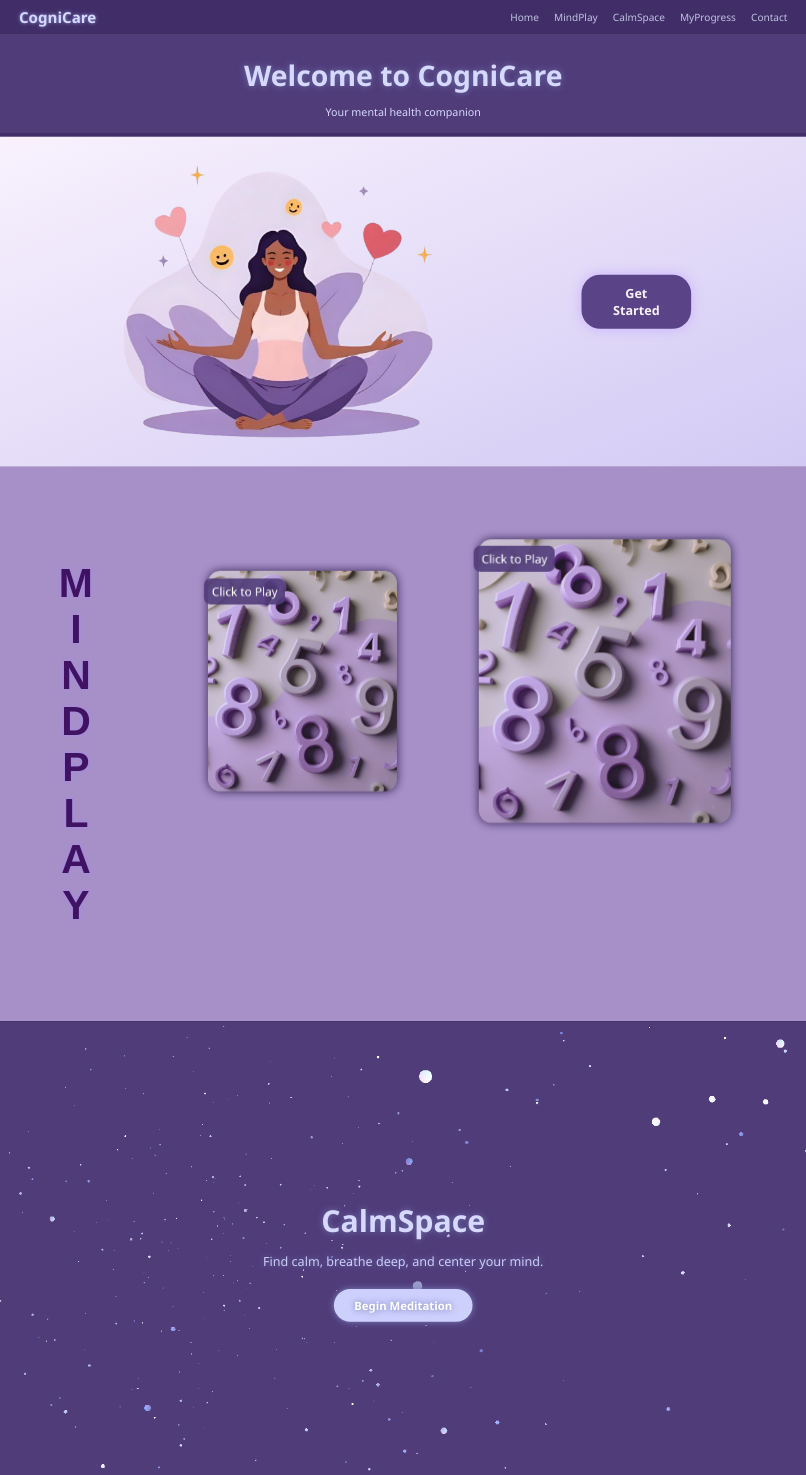
Repository: rujularaut/CogniCare
Page: /
The author's editor kept a copy of each file at every save. The page is drawn from the files as they stood at one save, then again after the next save.
The browser window is 1280 px wide. The pictures show the whole page, at 63% of full size.
The project was rebuilt for these pictures with package versions that can differ from the ones it lists, and the page was loaded fresh each time. Also part of the build but not shown: src/components/MeditationRoom.css, src/components/Signup.css, src/components/Signup.js, src/components/Login.css, src/components/Login.js, src/components/Stepper.css, src/components/Stepper.jsx, src/components/SignupStepper.css and 3 more.

Above is the page before, as saved 2025-06-25 14:15:06.

### public/index.html
<!DOCTYPE html>
<html lang="en">
  <head>
    <link href="https://fonts.googleapis.com/css2?family=Anton:wght@500&display=swap" rel="stylesheet">

    <meta charset="utf-8" />
    <link rel="icon" href="%PUBLIC_URL%/favicon.ico" />
    <meta name="viewport" content="width=device-width, initial-scale=1" />
    <meta name="theme-color" content="#000000" />
    <meta
      name="description"
      content="Web site created using create-react-app"
    />
    <link rel="apple-touch-icon" href="%PUBLIC_URL%/logo192.png" />
    <!--
      manifest.json provides metadata used when your web app is installed on a
      user's mobile device or desktop. See https://developers.google.com/web/fundamentals/web-app-manifest/
    -->
    <link rel="manifest" href="%PUBLIC_URL%/manifest.json" />
    <!--
      Notice the use of %PUBLIC_URL% in the tags above.
      It will be replaced with the URL of the `public` folder during the build.
      Only files inside the `public` folder can be referenced from the HTML.

      Unlike "/favicon.ico" or "favicon.ico", "%PUBLIC_URL%/favicon.ico" will
      work correctly both with client-side routing and a non-root public URL.
      Learn how to configure a non-root public URL by running `npm run build`.
    -->
    <title>React App</title>
  </head>
  <body>
    <noscript>You need to enable JavaScript to run this app.</noscript>
    <div id="root"></div>
    <!--
      This HTML file is a template.
      If you open it directly in the browser, you will see an empty page.

      You can add webfonts, meta tags, or analytics to this file.
      The build step will place the bundled scripts into the <body> tag.

      To begin the development, run `npm start` or `yarn start`.
      To create a production bundle, use `npm run build` or `yarn build`.
    -->
  </body>
</html>

### src/App.js
import { useLocation } from 'react-router-dom';
import { useEffect } from 'react';
import MindPlay from './components/MindPlay';

import React from 'react';
import { BrowserRouter as Router, Routes, Route } from 'react-router-dom';
import './App.css';
import Welcome from './components/Welcome';
import Meditation from './components/Meditation';
import Signup from './components/Signup';
import Login from './components/Login';
import SignupStepper from './components/SignupStepper';
import MeditationRoom from './components/MeditationRoom';

function ScrollToSection() {
  const location = useLocation();

  useEffect(() => {
    const fromMeditationRoom = document.referrer.includes('/meditationroom');
    const hasHash = location.hash;

    if (hasHash && fromMeditationRoom) {
      const section = document.querySelector(location.hash);
      if (section) {
        setTimeout(() => {
          section.scrollIntoView({ behavior: 'smooth' });
        }, 0);
      }
    }
  }, [location]);

  return null;
}


function App() {
  return (
    <Router>
  <div className="App">
    <ScrollToSection />  {/*this triggers scroll to #id on navigation */}

    <nav>
      <div className="logo">CogniCare</div>
      <ul>
        <li><a href="/">Home</a></li>
        <li><a href="#">MindPlay</a></li>
        <li><a href="#calmspace-section">CalmSpace</a></li>
        <li><a href="#">MyProgress</a></li>
        <li><a href="#">Contact</a></li>
      </ul>
    </nav>

    <Routes>
    <Route path="/" element={
  <>
    <header>
      <h1>Welcome to CogniCare</h1>
      <p>Your mental health companion</p>
    </header>
    <Welcome />

    {/* 🧠 Insert MindPlay here */}
    <MindPlay />

    <div id="calmspace-section">
      <Meditation />
    </div>
  </>
} />

      <Route path="/signup" element={<SignupStepper />} />
      <Route path="/signup" element={<Signup />} />
      <Route path="/login" element={<Login />} />
      <Route path="/meditationroom" element={<MeditationRoom />} />
    </Routes>
  </div>
</Router>

  );
}

export default App;

### src/components/MindPlay.js
import React, { useRef } from 'react';
import './MindPlay.css';
import DecryptedText from './DecryptedText';
import { motion, useInView } from 'framer-motion';
import TiltedCard from './TiltedCard';
import recallImg from '../assets/recall.png';
import reactionImg from '../assets/reaction.png';

const MindPlay = () => {
  const ref = useRef(null);
  const isInView = useInView(ref, { once: true, margin: '-100px' });

  return (
    <section className="mindplay-section" ref={ref}>
      <div className="mindplay-layout">

        {/* Left: Title */}
        <motion.div
          className="vertical-decrypt"
          initial={{ opacity: 0, y: 100 }}
          animate={isInView ? { opacity: 1, y: 0 } : {}}
          transition={{ duration: 1.5, ease: 'easeOut' }}
        >
          <DecryptedText
            text="MINDPLAY"
            animateOn={isInView ? 'hover' : 'none'}
            revealDirection="center"
            speed={250}
            maxIterations={50}
            sequential={true}
            className="revealed"
            encryptedClassName="encrypted"
          />
        </motion.div>

        {/* Right: Game Cards */}
        <div className="mindplay-cards">
          <TiltedCard
            imageSrc={recallImg}
            altText="Number Recall Game"
            captionText="Number Recall"
            containerHeight="350px"
            containerWidth="320px"
            imageHeight="350px"
            imageWidth="300px"
            rotateAmplitude={12}
            scaleOnHover={1.1}
            showTooltip={true}
            displayOverlayContent={true}
            overlayContent={<p className="tilted-card-demo-text">Click to Play</p>}
          />

          <TiltedCard
            imageSrc={reactionImg}
            altText="Reaction Game"
            captionText="Reaction Speed"
            containerHeight="450px"
            containerWidth="420px"
            imageHeight="450px"
            imageWidth="400px"
            rotateAmplitude={12}
            scaleOnHover={1.1}
            showTooltip={true}
            displayOverlayContent={true}
            overlayContent={<p className="tilted-card-demo-text">Click to Play</p>}
          />
        </div>

      </div>
    </section>
  );
};

export default MindPlay;

### src/App.css
body {
  margin: 0;
  padding: 0;
  font-family: 'Segoe UI', sans-serif;
  background-color: #0a001a;
  color: #d6d8ff;
}

nav {
  background-color: #412e69;
  color: #d6d8ff;
  display: flex;
  justify-content: space-between;
  align-items: center;
  padding: 10px 30px;
  box-shadow: 0 0 15px #a9b0ff20;
}

.logo {
  font-size: 24px;
  font-weight: bold;
  color: #d6d8ff;
  text-shadow: 0 0 6px #8b92d7;
}

nav ul {
  list-style: none;
  display: flex;
  gap: 24px;
  margin: 0;
  padding: 0;
}

nav ul li a {
  text-decoration: none;
  color: #c0c2e0;
  font-weight: 500;
  transition: color 0.3s ease;
}

nav ul li a:hover {
  color: #f7c258;
  text-shadow: 0 0 6px #a9b0ff;
}

header {
  background-color: #513c7a;
  padding: 5px;
  text-align: center;
  border-bottom: 6px solid #412e69;
}

h1 {
  margin-bottom: 10px;
  font-size: 45px;
  color: #d6d8ff;
  text-shadow: 0 0 10px #6c72ac;
}

p {
  font-size: 17px;
  color: #d6d8ff;
}

### src/components/Welcome.js
import React from 'react';
import './Welcome.css';
import welcomeImg from '../assets/welcome.png';
import { Link } from 'react-router-dom';

const Welcome = () => {
  return (
    <section className="welcome">
      <div className="welcome-content">
        <img src={welcomeImg} alt="Welcome Illustration" className="welcome-img" />
        <Link to="/signup" className="start-btn">Get Started</Link> {/* ✅ Fixed */}
      </div>
    </section>
  );
};

export default Welcome;

### src/components/Meditation.js
import React from 'react';
import Particles from './Particles';
import './Meditation.css';
import { Link } from 'react-router-dom';
import './MeditationRoom.css';


const Meditation = () => {
  return (
    <section className="meditation-section">
      <Particles
        particleColors={['#cdd0fc', '#a9b0ff']}
        particleCount={680}
        particleSpread={11}
        speed={0.1}
        particleBaseSize={100}
        moveParticlesOnHover={false}
        alphaParticles={false}
      />
      <div className="meditation-content">
        <h2>CalmSpace</h2>
        <p>Find calm, breathe deep, and center your mind.</p>
        <Link to="/meditationroom" className="meditate-btn">Begin Meditation</Link>
      </div>
    </section>
  );
};

export default Meditation;

### src/components/MindPlay.css
.mindplay-section {
  padding: 80px 40px;
  background-color: #a790c8;
  color: #e1c3f8;
  position: relative;
}

.mindplay-layout {
  display: flex;
  align-items: center;
  justify-content: center;
  gap: 80px;
  flex-wrap: wrap;
  min-height: 100vh;
}

.vertical-decrypt {
  writing-mode: vertical-rl;
  text-orientation: upright;
  font-family: 'Anton', sans-serif;
  font-size: 80px;
  font-weight: 900;
  line-height: 1.5;
  color: #3f1262;
  text-shadow: 0 0 8px #d2c7ec;
  cursor: pointer;
  display: flex;
  align-items:start;
  justify-content:left;
}

.mindplay-cards {
  display: flex;
  gap: 30px;
  flex-wrap: wrap;
  justify-content: center;
  align-items: center;
  margin-top: 0;
  margin-bottom: 200px;
  margin-left: 30px; /* 👈 pushes the cards upward */
}


.revealed {
  font-size: 65px;
  font-weight: 900;
  color: #3f1262;
  text-shadow: 0 0 6px #a685f2;
}

.encrypted {
  font-size: 55px;
  font-weight: 900;
  color: #cdbcf2;
  opacity: 0.5;
}

.tilted-card-demo-text {
  font-size: 18px;
  color: #ffffff;
  background-color: rgba(81, 60, 122, 0.9);
  padding: 8px 12px;
  border-radius: 10px;
  text-align: center;
}

### src/components/DecryptedText.js
import { useEffect, useState, useRef } from 'react'
import { motion } from 'framer-motion'

const styles = {
  wrapper: {
    display: 'inline-block',
    whiteSpace: 'pre-wrap',
  },
  srOnly: {
    position: 'absolute',
    width: '1px',
    height: '1px',
    padding: 0,
    margin: '-1px',
    overflow: 'hidden',
    clip: 'rect(0,0,0,0)',
    border: 0,
  },
}

export default function DecryptedText({
  text,
  speed = 50,
  maxIterations = 10,
  sequential = false,
  revealDirection = 'start',
  useOriginalCharsOnly = false,
  characters = 'ABCDEFGHIJKLMNOPQRSTUVWXYZabcdefghijklmnopqrstuvwxyz!@#$%^&*()_+',
  className = '',
  parentClassName = '',
  encryptedClassName = '',
  animateOn = 'hover',
  ...props
}) {
  const [displayText, setDisplayText] = useState(text);
  const [isHovering, setIsHovering] = useState(false);
  const [isScrambling, setIsScrambling] = useState(false);
  const [revealedIndices, setRevealedIndices] = useState(new Set());
  const [hasAnimated, setHasAnimated] = useState(false);
  const containerRef = useRef(null);

  useEffect(() => {
    let interval
    let currentIteration = 0

    const getNextIndex = (revealedSet) => {
      const textLength = text.length
      switch (revealDirection) {
        case 'start':
          return revealedSet.size
        case 'end':
          return textLength - 1 - revealedSet.size
        case 'center': {
          const middle = Math.floor(textLength / 2)
          const offset = Math.floor(revealedSet.size / 2)
          const nextIndex =
            revealedSet.size % 2 === 0
              ? middle + offset
              : middle - offset - 1

          if (nextIndex >= 0 && nextIndex < textLength && !revealedSet.has(nextIndex)) {
            return nextIndex
          }

          for (let i = 0; i < textLength; i++) {
            if (!revealedSet.has(i)) return i
          }
          return 0
        }
        default:
          return revealedSet.size
      }
    }

    const availableChars = useOriginalCharsOnly
      ? Array.from(new Set(text.split(''))).filter((char) => char !== ' ')
      : characters.split('')

    const shuffleText = (originalText, currentRevealed) => {
      if (useOriginalCharsOnly) {
        const positions = originalText.split('').map((char, i) => ({
          char,
          isSpace: char === ' ',
          index: i,
          isRevealed: currentRevealed.has(i),
        }))

        const nonSpaceChars = positions
          .filter((p) => !p.isSpace && !p.isRevealed)
          .map((p) => p.char)

        for (let i = nonSpaceChars.length - 1; i > 0; i--) {
          const j = Math.floor(Math.random() * (i + 1))
            ;[nonSpaceChars[i], nonSpaceChars[j]] = [nonSpaceChars[j], nonSpaceChars[i]]
        }

        let charIndex = 0
        return positions
          .map((p) => {
            if (p.isSpace) return ' '
            if (p.isRevealed) return originalText[p.index]
            return nonSpaceChars[charIndex++]
          })
          .join('')
      } else {
        return originalText
          .split('')
          .map((char, i) => {
            if (char === ' ') return ' '
            if (currentRevealed.has(i)) return originalText[i]
            return availableChars[Math.floor(Math.random() * availableChars.length)]
          })
          .join('')
      }
    }

    if (isHovering) {
      setIsScrambling(true)
      interval = setInterval(() => {
        setRevealedIndices((prevRevealed) => {
          if (sequential) {
            if (prevRevealed.size < text.length) {
              const nextIndex = getNextIndex(prevRevealed)
              const newRevealed = new Set(prevRevealed)
              newRevealed.add(nextIndex)
              setDisplayText(shuffleText(text, newRevealed))
              return newRevealed
            } else {
              clearInterval(interval)
              setIsScrambling(false)
              return prevRevealed
            }
          } else {
            setDisplayText(shuffleText(text, prevRevealed))
            currentIteration++
            if (currentIteration >= maxIterations) {
              clearInterval(interval)
              setIsScrambling(false)
              setDisplayText(text)
            }
            return prevRevealed
          }
        })
      }, speed)
    } else {
      setDisplayText(text)
      setRevealedIndices(new Set())
      setIsScrambling(false)
    }

    return () => {
      if (interval) clearInterval(interval)
    }
  }, [
    isHovering,
    text,
    speed,
    maxIterations,
    sequential,
    revealDirection,
    characters,
    useOriginalCharsOnly,
  ])

  useEffect(() => {
    if (animateOn !== 'view') return

    const observerCallback = (entries) => {
      entries.forEach((entry) => {
        if (entry.isIntersecting && !hasAnimated) {
          setIsHovering(true)
          setHasAnimated(true)
        }
      })
    }

    const observerOptions = {
      root: null,
      rootMargin: '0px',
      threshold: 0.1,
    }

    const observer = new IntersectionObserver(observerCallback, observerOptions)
    const currentRef = containerRef.current
    if (currentRef) {
      observer.observe(currentRef)
    }

    return () => {
      if (currentRef) {
        observer.unobserve(currentRef)
      }
    }
  }, [animateOn, hasAnimated])

  const hoverProps =
    animateOn === 'hover'
      ? {
        onMouseEnter: () => setIsHovering(true),
        onMouseLeave: () => setIsHovering(false),
      }
      : {}

  return (
    <motion.span className={parentClassName} ref={containerRef} style={styles.wrapper} {...hoverProps} {...props}>
      <span style={styles.srOnly}>{displayText}</span>

      <span aria-hidden="true">
        {displayText.split('').map((char, index) => {
          const isRevealedOrDone =
            revealedIndices.has(index) || !isScrambling || !isHovering

          return (
            <span
              key={index}
              className={isRevealedOrDone ? className : encryptedClassName}
            >
              {char}
            </span>
          )
        })}
      </span>
    </motion.span>
  )
}

### src/components/TiltedCard.js
import './TiltedCard.css';

import { useRef, useState } from "react";
import { motion, useMotionValue, useSpring } from "framer-motion";
import "./TiltedCard.css";

const springValues = {
  damping: 30,
  stiffness: 100,
  mass: 2,
};

export default function TiltedCard({
  imageSrc,
  altText = "Tilted card image",
  captionText = "",
  containerHeight = "300px",
  containerWidth = "100%",
  imageHeight = "300px",
  imageWidth = "300px",
  scaleOnHover = 1.1,
  rotateAmplitude = 14,
  showMobileWarning = true,
  showTooltip = true,
  overlayContent = null,
  displayOverlayContent = false,
}) {
  const ref = useRef(null);

  const x = useMotionValue();
  const y = useMotionValue();
  const rotateX = useSpring(useMotionValue(0), springValues);
  const rotateY = useSpring(useMotionValue(0), springValues);
  const scale = useSpring(1, springValues);
  const opacity = useSpring(0);
  const rotateFigcaption = useSpring(0, {
    stiffness: 350,
    damping: 30,
    mass: 1,
  });

  const [lastY, setLastY] = useState(0);

  function handleMouse(e) {
    if (!ref.current) return;

    const rect = ref.current.getBoundingClientRect();
    const offsetX = e.clientX - rect.left - rect.width / 2;
    const offsetY = e.clientY - rect.top - rect.height / 2;

    const rotationX = (offsetY / (rect.height / 2)) * -rotateAmplitude;
    const rotationY = (offsetX / (rect.width / 2)) * rotateAmplitude;

    rotateX.set(rotationX);
    rotateY.set(rotationY);

    x.set(e.clientX - rect.left);
    y.set(e.clientY - rect.top);

    const velocityY = offsetY - lastY;
    rotateFigcaption.set(-velocityY * 0.6);
    setLastY(offsetY);
  }

  function handleMouseEnter() {
    scale.set(scaleOnHover);
    opacity.set(1);
  }

  function handleMouseLeave() {
    opacity.set(0);
    scale.set(1);
    rotateX.set(0);
    rotateY.set(0);
    rotateFigcaption.set(0);
  }

  return (
    <figure
      ref={ref}
      className="tilted-card-figure"
      style={{
        height: containerHeight,
        width: containerWidth,
      }}
      onMouseMove={handleMouse}
      onMouseEnter={handleMouseEnter}
      onMouseLeave={handleMouseLeave}
    >
      {showMobileWarning && (
        <div className="tilted-card-mobile-alert">
          This effect is not optimized for mobile. Check on desktop.
        </div>
      )}

      <motion.div
        className="tilted-card-inner"
        style={{
          width: imageWidth,
          height: imageHeight,
          rotateX,
          rotateY,
          scale,
        }}
      >
        <motion.img
          src={imageSrc}
          alt={altText}
          className="tilted-card-img"
          style={{
            width: imageWidth,
            height: imageHeight,
          }}
        />

        {displayOverlayContent && overlayContent && (
          <motion.div
            className="tilted-card-overlay"
          >
            {overlayContent}
          </motion.div>
        )}
      </motion.div>

      {showTooltip && (
        <motion.figcaption
          className="tilted-card-caption"
          style={{
            x,
            y,
            opacity,
            rotate: rotateFigcaption,
          }}
        >
          {captionText}
        </motion.figcaption>
      )}
    </figure>
  );
}

### src/components/Welcome.css
.welcome {
  height: 70vh;
  display: flex;
  align-items: center;
  justify-content: center;
  background: linear-gradient(to bottom right, #f8f1fd, #d2caf4);
  text-align: center;
  padding: 10px;
}

.welcome-content {
  display: flex;
  flex-direction: row;
  align-items: center;
  gap: 220px;
}

.welcome-img {
  max-width: 520px;
  width: 100%;
  height: auto;
  animation: fadeIn 1.5s ease;
}

.start-btn {
  background-color: #5a4386;
  color: #f8f1fd;
  padding: 16px 40px;
  border-radius: 30px;
  text-decoration: none;
  font-weight: bold;
  font-size: 20px;
  transition: background-color 0.3s ease, transform 0.2s ease;
  box-shadow: 0 0 20px #cab0ff;
}

.start-btn:hover {
  background-color: #fbb967;
  transform: scale(1.05);
}

@keyframes fadeIn {
  from { opacity: 0; transform: translateY(20px); }
  to { opacity: 1; transform: translateY(0); }
}

### src/components/Meditation.css
.meditation-section {
  position: relative;
  width: 100%;
  height: 100vh;
  overflow: hidden;
  background-color: #513c7a;
  display: flex;
  justify-content: center;
  align-items: center;
  text-align: center;
}

.meditation-content {
  position: relative;
  z-index: 1;
  color: #d6d8ff;
  text-shadow: 0 0 10px #6c72ac;
}

.meditation-content h2 {
  font-size: 48px;
  margin-bottom: 10px;
}

.meditation-content p {
  font-size: 20px;
  margin-bottom: 30px;
  color: #cccef8;
}


.meditate-btn {
  text-decoration: none;
  color: #fff;
  background-color: #cdd0fc;
  padding: 14px 32px;
  border-radius: 30px;
  font-size: 18px;
  font-weight: bold;
  box-shadow: 0 0 10px #7b82c0;
  transition: background-color 0.3s ease, transform 0.2s ease;
  display: inline-block;
}

.meditate-btn:hover {
  background-color: #dcdeff;
  color: #744fab;
  transform: scale(1.05);
  text-decoration: none;
}

### src/components/TiltedCard.css
.tilted-card-figure {
  position: relative;
  width: 100%;
  height: 100%;
  perspective: 800px;
  display: flex;
  flex-direction: column;
  align-items: top;
  justify-content: center;
}

.tilted-card-mobile-alert {
  position: absolute;
  top: 1rem;
  text-align: center;
  font-size: 0.875rem;
  display: none;
}

@media (max-width: 640px) {
  .tilted-card-mobile-alert {
    display: block;
  }
  .tilted-card-caption {
    display: none;
  }
}

.tilted-card-inner {
  position: relative;
  transform-style: preserve-3d;
}

.tilted-card-img {
  position: absolute;
  top: 50;
  left: 0;
  object-fit: cover;
  border-radius: 20px;
  will-change: transform;
  transform: translateZ(0);
  box-shadow: 0 0 15px #31224e;
}

.tilted-card-img:hover {
  filter: brightness(1.1) saturate(1.2);
  box-shadow: 0 0 15px #ffdca3;
  transition: all 0.3s ease;
}


.tilted-card-overlay {
  position: absolute;
  top: 0;
  left: 0;
  z-index: 2;
  will-change: transform;
  transform: translateZ(30px);
}

.tilted-card-caption {
  pointer-events: none;
  position: absolute;
  left: 0;
  top: 0;
  border-radius: 4px;
  background-color: #745f99;
  padding: 4px 10px;
  font-size: 15px;
  color: #f6eaff;
  opacity: 0;
  z-index: 3;
}

### src/components/Particles.css
.particles-container {
  position: absolute;
  width: 100%;
  height: 100%;
  z-index: 0;
}

Loaded but not shown: src/index.js (common file); src/index.css (common file); src/components/Particles.js (230 lines, source omitted)

After the next save:
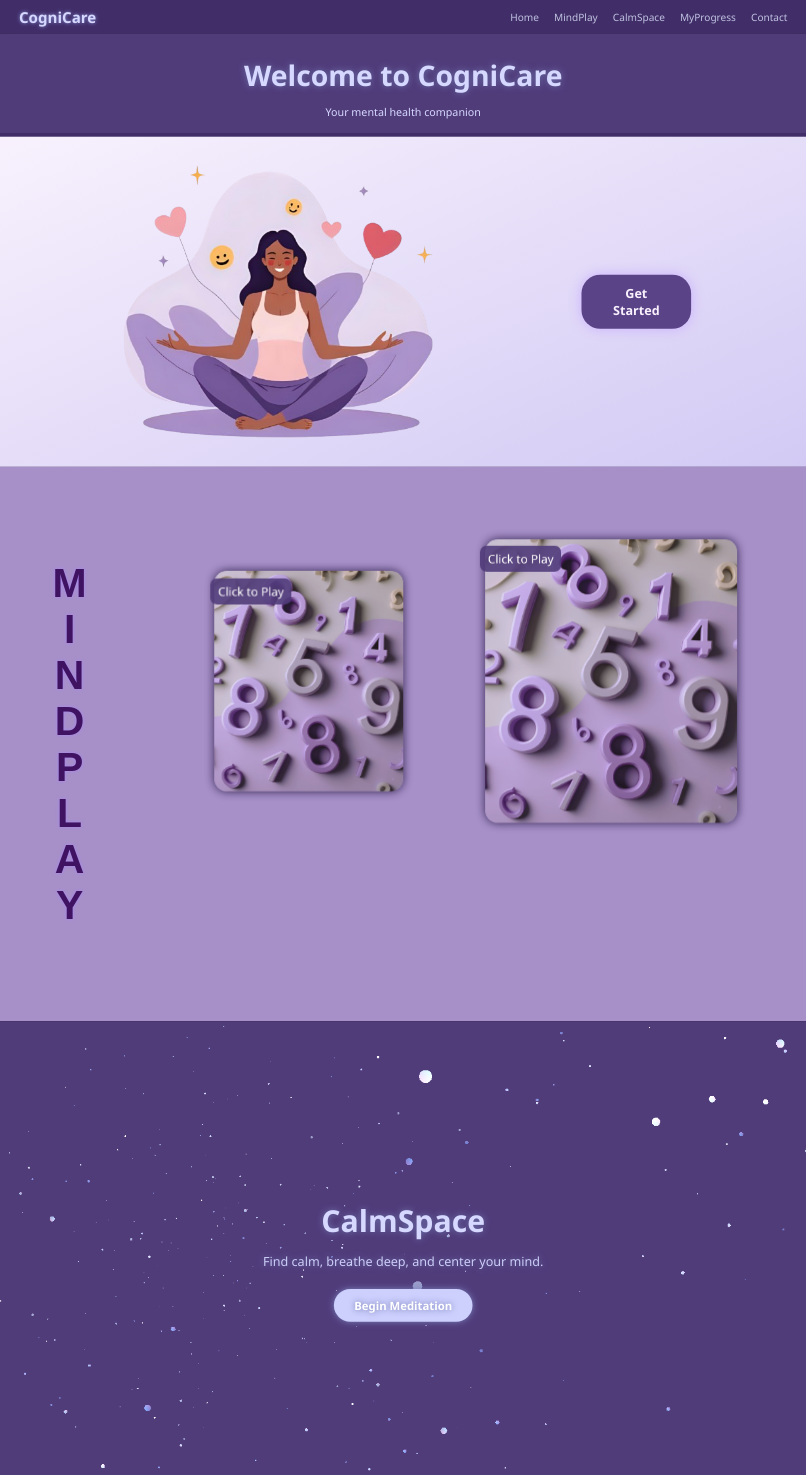
Saved 5 s later.
--- a/src/components/MindPlay.css
+++ b/src/components/MindPlay.css
@@ -37,7 +37,7 @@
   align-items: center;
   margin-top: 0;
   margin-bottom: 200px;
-  margin-left: 30px; /* 👈 pushes the cards upward */
+  margin-left: 50px; /* 👈 pushes the cards upward */
 }
 
 
